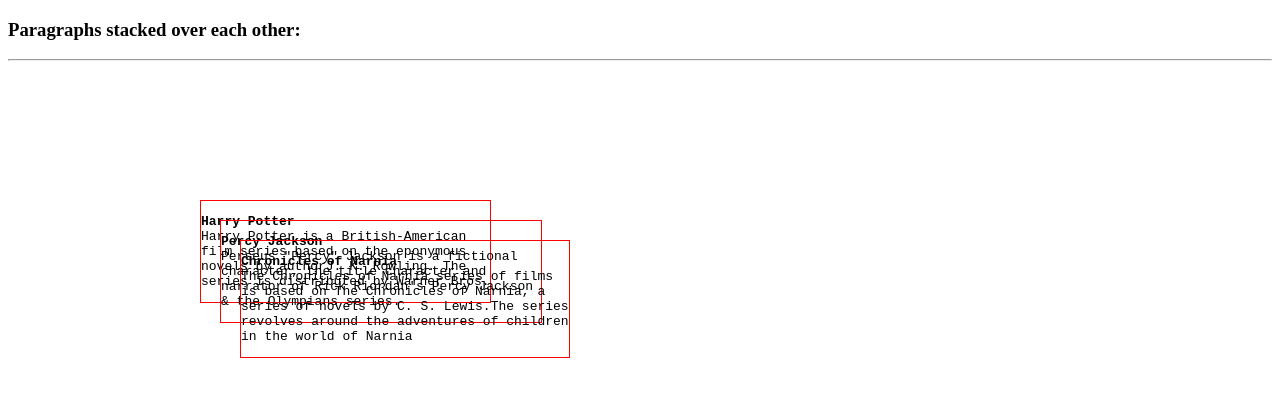
Repository: KrishnaSandeep79/WPS-Assignment
Page: WPS/WebContent/para.html
These files come from the project's save history. The page is drawn as it stood at one moment and after the next save; the edit follows.
The browser window is 1280 px wide. The pictures show the whole page.

Above is the page before, as saved 2019-08-24 05:47:15.

### WPS/WebContent/para.html
<!DOCTYPE html>
<html>
<head>
<meta name="viewport" content="width=device-width,initial-scale=1.0">
<title>stacked paras</title>
<style>
#first { position:absolute;
         top:200px;
         left:200px;
         border:1px solid red;
         }
#second { position:absolute;
         top:220px;
         left:220px;
         border:1px solid red
         }
#third { position:absolute;
         top:240px;
         left:240px;
         border:1px solid red
         }

</style>
</head>
<body>
<h3>Paragraphs stacked over each other:</h3>
<hr>
<div id="first">
<pre>
<b>Harry Potter</b>
Harry Potter is a British-American
film series based on the eponymous
novels by authorJ. K. Rowling. The
series is distributed by Warner Bros.
</pre>
</div>
<div id="second">
<pre>
<b>Percy Jackson</b>
Perseus "Percy" Jackson is a fictional
character, the title character and
narrator of Rick Riordan's Percy Jackson
& the Olympians series.
</pre>
</div>
<div id="third">
<pre>
<b>Chronicles of Narnia</b>
The Chronicles of Narnia series of films
is based on The Chronicles of Narnia, a
series of novels by C. S. Lewis.The series
revolves around the adventures of children
in the world of Narnia
</pre>
</div>

</body>
</html>

After the next save:
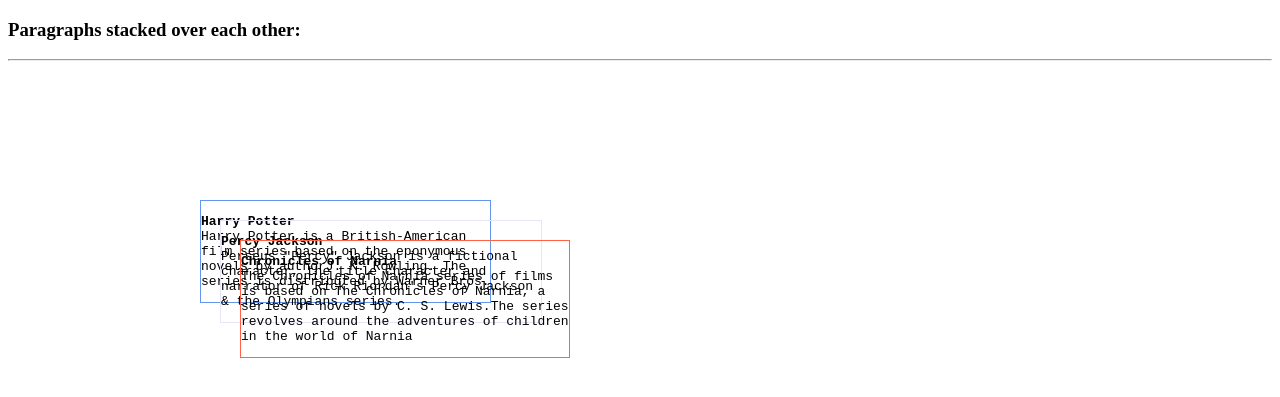
Saved 44 s later.
--- a/WPS/WebContent/para.html
+++ b/WPS/WebContent/para.html
@@ -7,17 +7,17 @@
 #first { position:absolute;
          top:200px;
          left:200px;
-         border:1px solid red;
+         border:1px solid cornflowerblue;
          }
 #second { position:absolute;
          top:220px;
          left:220px;
-         border:1px solid red
+         border:1px solid lavender;
          }
 #third { position:absolute;
          top:240px;
          left:240px;
-         border:1px solid red
+         border:1px solid tomato;
          }
 
 </style>
